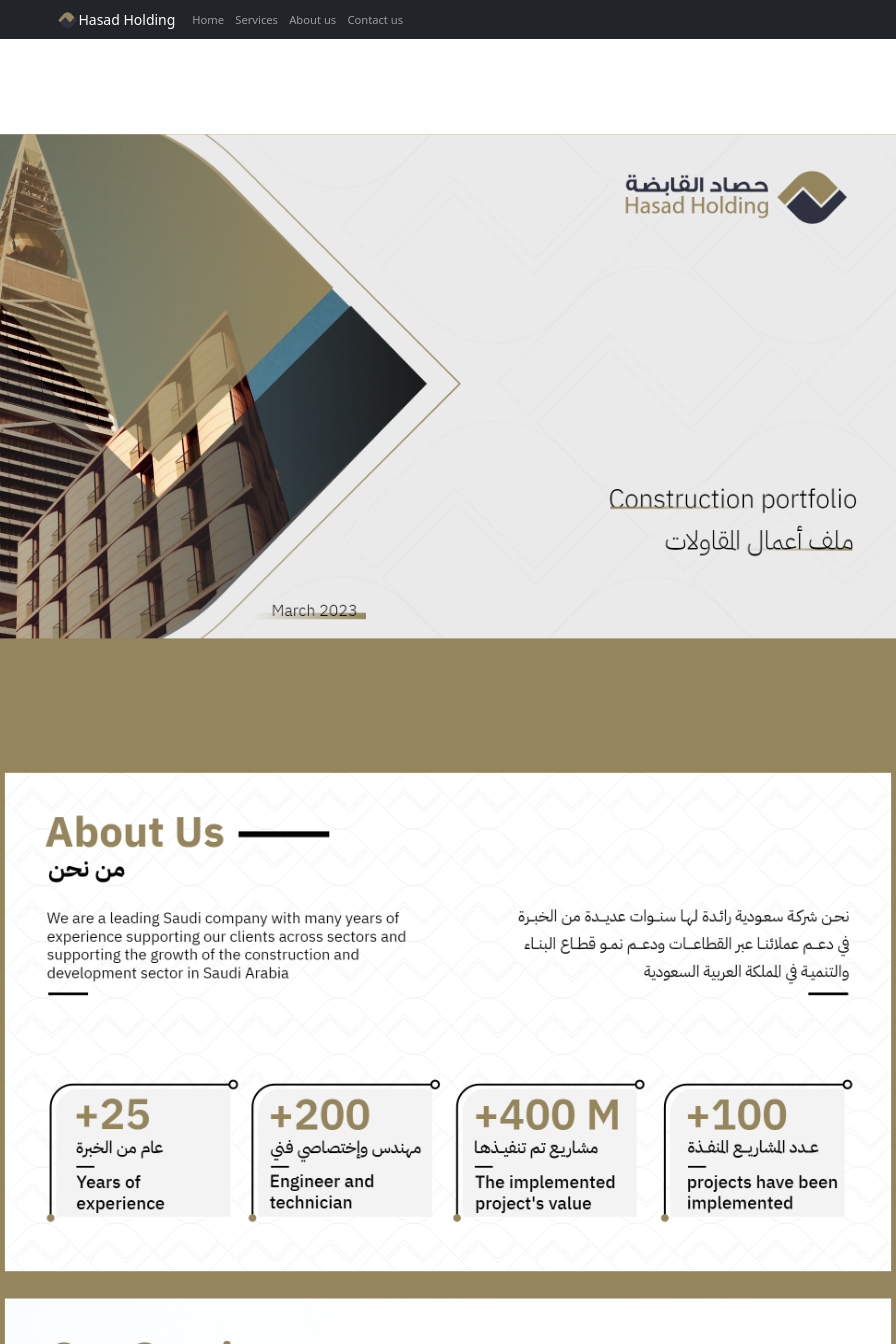
Repository: shahzaibrehman123/hasad-holding
Page: /
An editor plug-in stored every save of this project. The page is shown before and after the next save, followed by the edit.
The browser window is 1280 px wide. The pictures show the part of the page from y = 0 to 1920 px (the page is 5623 px tall before and 5469 px after), at 70% of full size.
The project was rebuilt for these pictures with package versions that can differ from the ones it lists, and the page was loaded fresh each time.

Above is the page before, as saved 2023-11-07 18:40:33.

### public/index.html
<!DOCTYPE html>
<html lang="en">
  <head>
    <meta charset="utf-8" />
    <link rel="icon" href="%PUBLIC_URL%/logo.png" />
    <meta name="viewport" content="width=device-width, initial-scale=1" />
    <meta name="theme-color" content="#000000" />
    <meta
      name="description"
      content="A Project Build on React"
    />
    <link rel="apple-touch-icon" href="%PUBLIC_URL%/logo192.png" />
    <!--
      manifest.json provides metadata used when your web app is installed on a
      user's mobile device or desktop. See https://developers.google.com/web/fundamentals/web-app-manifest/
    -->
    <link rel="manifest" href="%PUBLIC_URL%/manifest.json" />
    <!--
      Notice the use of %PUBLIC_URL% in the tags above.
      It will be replaced with the URL of the `public` folder during the build.
      Only files inside the `public` folder can be referenced from the HTML.

      Unlike "/favicon.ico" or "favicon.ico", "%PUBLIC_URL%/favicon.ico" will
      work correctly both with client-side routing and a non-root public URL.
      Learn how to configure a non-root public URL by running `npm run build`.
    -->
    <title>حصاد القابضة</title>
  </head>
  <body>
    <noscript>You need to enable JavaScript to run this app.</noscript>
    <div id="root"></div>
    <!--
      This HTML file is a template.
      If you open it directly in the browser, you will see an empty page.

      You can add webfonts, meta tags, or analytics to this file.
      The build step will place the bundled scripts into the <body> tag.

      To begin the development, run `npm start` or `yarn start`.
      To create a production bundle, use `npm run build` or `yarn build`.
    -->
  </body>
</html>

### src/App.js

import './App.css';
import 'bootstrap/dist/css/bootstrap.min.css';

import AboutUs from './components/AboutUs/AboutUs';
// import Clients from './components/Clients/Clients';
import MainPage from './components/MainPage/MainPage';
import Numbers from './components/Numbers/Numbers';
// import Partners from './components/Partners/Partners';
import Projects from './components/Projects/Projects';
import Services from './components/Services/Services';
import Contact from './components/Contact/Contact';
import Header from './components/Header/Header';
import ClientAndPartners from './components/ClientAndPartners/ClientAndPartners';

function App() {
  return (
    <div style={{ backgroundColor: '#95855c', minHeight: '100vh' }}>
    <Header/>
    <MainPage/>
    <AboutUs/>
    <Services/>
    <Numbers/>

    <ClientAndPartners/>


    {/* <Clients/> */}
    {/* <Partners/> */}


    <Projects/>
    <Contact/>
    </div>
  );
}

export default App;

### src/components/AboutUs/AboutUs.jsx
import React from "react";
import img from "./Assets/image.png";
import "./style.css"

function AboutUs() {
  return (
    <div className="about-container" id="about">
      <img
        src={img}
        className="img-responsive"
        alt="background"
      />
    </div>
  );
}

export default AboutUs;

### src/components/MainPage/MainPage.jsx
import React from 'react'
import img from "./Assets/image.png"
import "./style.css"

function MainPage() {
  return (
    <div className='main-container' id='home'>
      <img src={img} className='img-responsive' alt="background"/>
    </div>
  )
}

export default MainPage

### src/components/Numbers/Numbers.jsx
import React from "react";
import img from "./Assets/image.png";
import "./style.css"
function Numbers() {
  return (
    <div className="numbers-container">
    <img src={img} className="img-responsive" alt="background"/>
    </div>
  );
}

export default Numbers;

### src/components/Projects/Projects.jsx
import Carousel from 'react-bootstrap/Carousel';
import img1 from "./Assets/1.png"
import img2 from "./Assets/2.png"
import img3 from "./Assets/3.png"
import img4 from "./Assets/4.png"
import img5 from "./Assets/5.png"
import img6 from "./Assets/6.png"
import img7 from "./Assets/7.png"
import img8 from "./Assets/8.png"
import img9 from "./Assets/9.png"
import img10 from "./Assets/10.png"
import img11 from "./Assets/11.png"
import img12 from "./Assets/12.png"
import img13 from "./Assets/13.png"
import img14 from "./Assets/14.png"
import img15 from "./Assets/15.png"
import img16 from "./Assets/16.png"
import img17 from "./Assets/17.png"
import img18 from "./Assets/18.png"
import img19 from "./Assets/19.png"
import img20 from "./Assets/20.png"
import img21 from "./Assets/21.png"
import "./style.css";

function Projects() {
  return (
    <Carousel>
      <Carousel.Item>
        <img className="img-responsive" src={img1} alt="First slide" />
      </Carousel.Item>
      <Carousel.Item>
        <img className="img-responsive" src={img2} alt="Second slide" />
      </Carousel.Item>
      <Carousel.Item>
        <img className="img-responsive" src={img3} alt="Third slide" />
      </Carousel.Item>
      <Carousel.Item>
        <img className="img-responsive" src={img4} alt="Fourth slide" />
      </Carousel.Item>
      <Carousel.Item>
        <img className="img-responsive" src={img5} alt="Fifth slide" />
      </Carousel.Item>
      <Carousel.Item>
        <img className="img-responsive" src={img6} alt="Sixth slide" />
      </Carousel.Item>
      <Carousel.Item>
        <img className="img-responsive" src={img7} alt="Seventh slide" />
      </Carousel.Item>
      <Carousel.Item>
        <img className="img-responsive" src={img8} alt="Eighth slide" />
      </Carousel.Item>
      <Carousel.Item>
        <img className="img-responsive" src={img9} alt="Ninth slide" />
      </Carousel.Item>
      <Carousel.Item>
        <img className="img-responsive" src={img10} alt="Tenth slide" />
      </Carousel.Item>
      <Carousel.Item>
        <img className="img-responsive" src={img11} alt="Eleventh slide" />
      </Carousel.Item>
      <Carousel.Item>
        <img className="img-responsive" src={img12} alt="Twelfth slide" />
      </Carousel.Item>
      <Carousel.Item>
        <img className="img-responsive" src={img13} alt="Thirteenth slide" />
      </Carousel.Item>
      <Carousel.Item>
        <img className="img-responsive" src={img14} alt="Fourteenth slide" />
      </Carousel.Item>
      <Carousel.Item>
        <img className="img-responsive" src={img15} alt="Fifteenth slide" />
      </Carousel.Item>
      <Carousel.Item>
        <img className="img-responsive" src={img16} alt="Sixteenth slide" />
      </Carousel.Item>
      <Carousel.Item>
        <img className="img-responsive" src={img17} alt="Seventeenth slide" />
      </Carousel.Item>
      <Carousel.Item>
        <img className="img-responsive" src={img18} alt="Eighteenth slide" />
      </Carousel.Item>
      <Carousel.Item>
        <img className="img-responsive" src={img19} alt="Nineteenth slide" />
      </Carousel.Item>
      <Carousel.Item>
        <img className="img-responsive" src={img20} alt="20 slide" />
      </Carousel.Item>
      <Carousel.Item>
        <img className="img-responsive" src={img21} alt="21 slide" />
      </Carousel.Item>
    </Carousel>
  );
}

export default Projects

### src/components/Services/Services.jsx
import React from "react";
import img from "./Assets/image.png";
import "./style.css";
function Services() {
  return (
    <div className="Services-container" id="service">
      <img src={img} className="img-responsive" alt="background" />
    </div>
  );
}

export default Services;

### src/components/Contact/Contact.jsx
import React from "react";
import img from "./Assets/image.png";
import "./style.css";

function Contact() {
  return (
    <div className="contact-container" id="contact">
      <img src={img} className="img-responsive" alt="background" />
    </div>
  );
}

export default Contact;

### src/components/Header/Header.jsx
import React from "react";
import { HashLink as Link } from "react-router-hash-link";
import { BrowserRouter } from "react-router-dom";
import Container from "react-bootstrap/Container";
import Nav from "react-bootstrap/Nav";
import Navbar from "react-bootstrap/Navbar";
import logo from "../../logo.png"
import { useMediaQuery } from 'react-responsive'

function Header() {
  const isMobile = useMediaQuery({ query: '(max-width: 767px)' })
  return (
    <BrowserRouter>
      <Navbar bg="dark" data-bs-theme="dark" fixed="top" expand="lg">
        <Container>
        <img
              alt="logo"
              src={logo}
              width="30"
              height="30"
              className="d-inline-block align-top"
            />{' '}
          <Navbar.Brand href="/">Hasad Holding</Navbar.Brand>
          <Navbar.Toggle aria-controls="basic-navbar-nav" />
          <Navbar.Collapse id="basic-navbar-nav">
            <Nav className="me-auto">
              <Link to="#home" smooth className="nav-link">Home</Link>
              <Link to="#service" smooth className="nav-link">Services</Link>
              <Link to="#about" smooth className="nav-link">About us</Link>
              <Link to="#contact" smooth className="nav-link">Contact us</Link>
            </Nav>
          </Navbar.Collapse>
        </Container>
      </Navbar>
      </BrowserRouter>
  );
}

export default Header;

### src/components/ClientAndPartners/ClientAndPartners.jsx
import React from "react";
import Carousel from "react-bootstrap/Carousel";
import img1 from "../Clients/Assets/image.png"
import img2 from "../Partners/Assets/image.png"
import "./style.css"

function ClientAndPartners() {
  return (
    <Carousel className="cp-container">
      <Carousel.Item>
        <img className="img-responsive" src={img1} alt="First slide" />
      </Carousel.Item>
      <Carousel.Item>
        <img className="img-responsive" src={img2} alt="Second slide" />
      </Carousel.Item>
    </Carousel>
  );
}

export default ClientAndPartners;

### src/components/AboutUs/style.css
.about-container{
    margin:0px 7px 3% 7px;
}

.img-responsive {
    width: 100%;
    height: auto;
    object-fit: cover; /* or 'contain' depending on your needs */
  }

### src/components/MainPage/style.css
.main-container{
    margin:15% 0px 15% 0px;
    height: 100vh;
}
.img-responsive {
    width: 100%;
    height: 100%;
    object-fit: cover; /* or 'contain' depending on your needs */
}


@media screen and (max-width: 1024px) {
    .main-container{
        height: auto;
    }
  }

  @media screen and (max-width: 768px) {
    .main-container{
        height: auto;
    }
  }

  @media screen and (max-width: 480px) {
    .main-container{
        height: auto;
    }
  }

### src/components/Numbers/style.css
.numbers-container{
    margin:0px 7px 3% 7px;
}
.img-responsive {
    width: 100%;
    height: auto;
    object-fit: cover; /* or 'contain' depending on your needs */
  }

### src/components/Projects/style.css
.carousel-item {
  height: 100vh;
}

.img-responsive {
  width: 90%;
  height: 100vh;
  object-fit: cover; /* or 'contain' depending on your needs */
}

@media screen and (max-width: 1024px) {
  .img-responsive {
    width: 100%;
    height: auto;
    object-fit: cover;
  }
  .carousel-item {
    height: auto;
  }
}

@media screen and (max-width: 768px) {
  .img-responsive {
    width: 100%;
    height: auto;
    object-fit: cover;
  }
  .carousel-item {
    height: auto;
  }
}

@media screen and (max-width: 480px) {
  .img-responsive {
    width: 100%;
    height: auto;
    object-fit: cover;
  }
  .carousel-item {
    height: auto;
  }
}

### src/components/Services/style.css
.Services-container{
    margin:0px 7px 3% 7px;
}
.img-responsive {
    width: 100%;
    height: auto;
    object-fit: cover; /* or 'contain' depending on your needs */
  }

### src/components/Contact/style.css
.contact-container {
  margin:4% 7px 0px 7px;
}
.img-responsive {
  width: 100%;
  height: auto;
  object-fit: cover; /* or 'contain' depending on your needs */
}

### src/components/ClientAndPartners/style.css
.cp-container{
    display: block;
    margin:0px 7px 5% 7px;
    height: 100%;
}
.img-responsive {
    width: 100%;
    height: 100%;
    object-fit: cover; /* or 'contain' depending on your needs */
  }

Loaded but not shown: src/index.js (common file); src/reportWebVitals.js (common file); src/App.css (no stored copy; drawn as an empty file); src/index.css (no stored copy; drawn as an empty file)

After the next save:
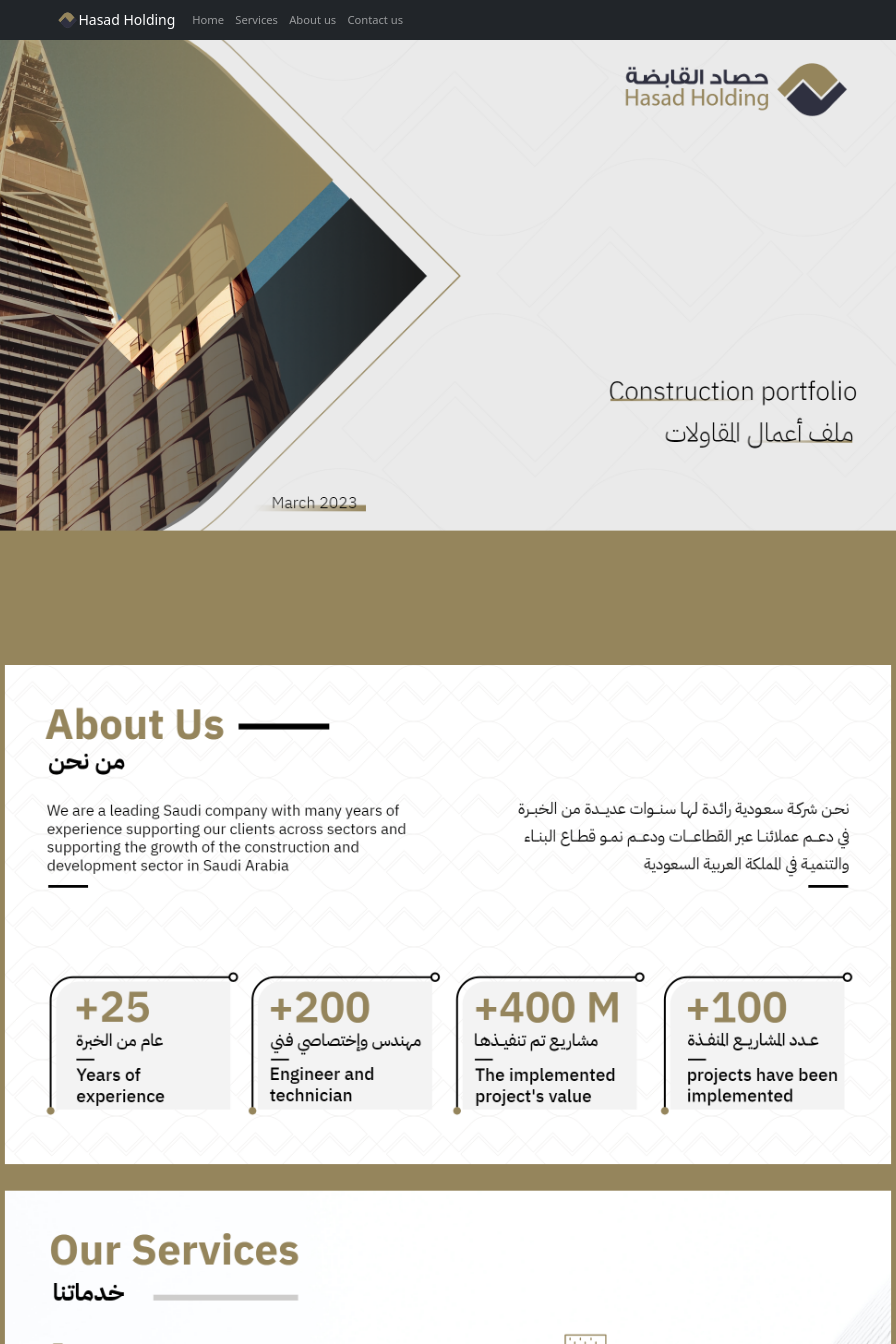
Saved 5 s later.
--- a/src/components/MainPage/style.css
+++ b/src/components/MainPage/style.css
@@ -1,5 +1,5 @@
 .main-container{
-    margin:15% 0px 15% 0px;
+    margin:3% 0px 15% 0px;
     height: 100vh;
 }
 .img-responsive {
